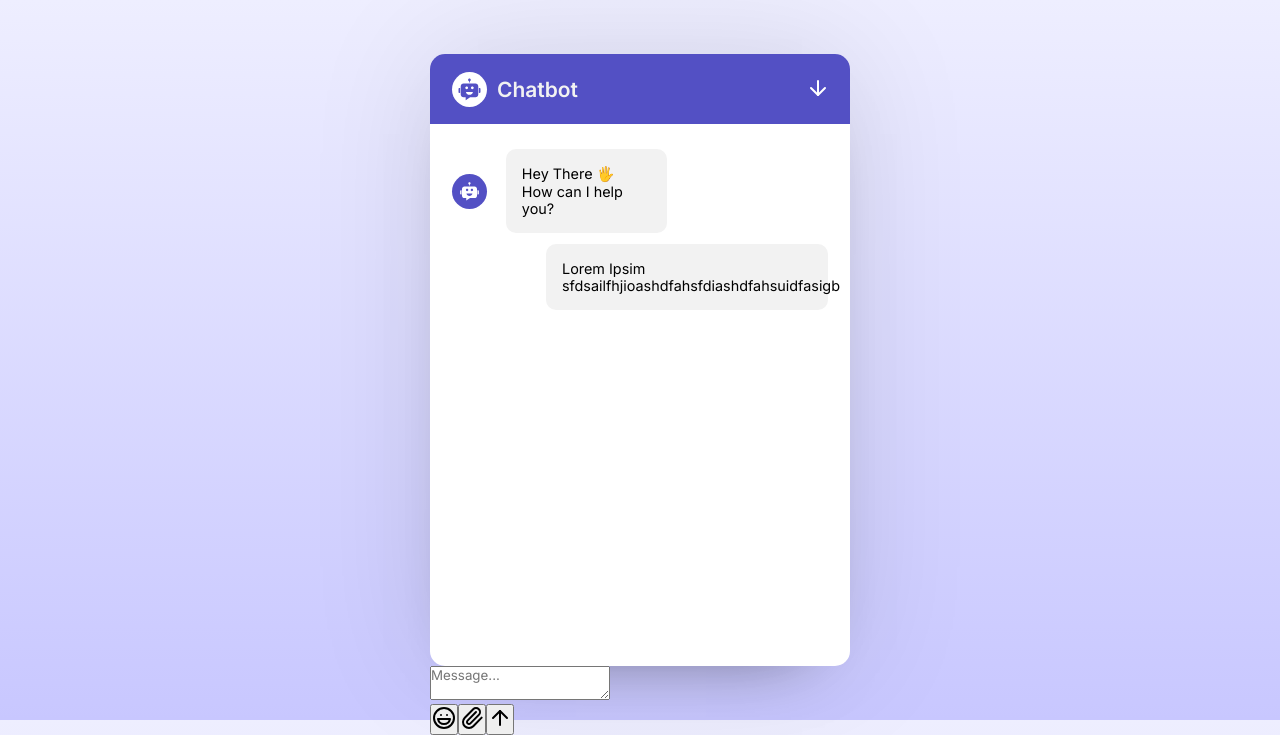
Repository: guilhermecardoso93/ai-bot
Page: /
An editor plug-in stored every save of this project. The page is shown before and after the next save, followed by the edit.
The browser window is 1280 px wide. The pictures show the whole page.
The project was rebuilt for these pictures with package versions that can differ from the ones it lists, and the page was loaded fresh each time. Also part of the build but not shown: vite.config.js.

Above is the page before, as saved 2024-11-12 19:38:19.

After the next save:
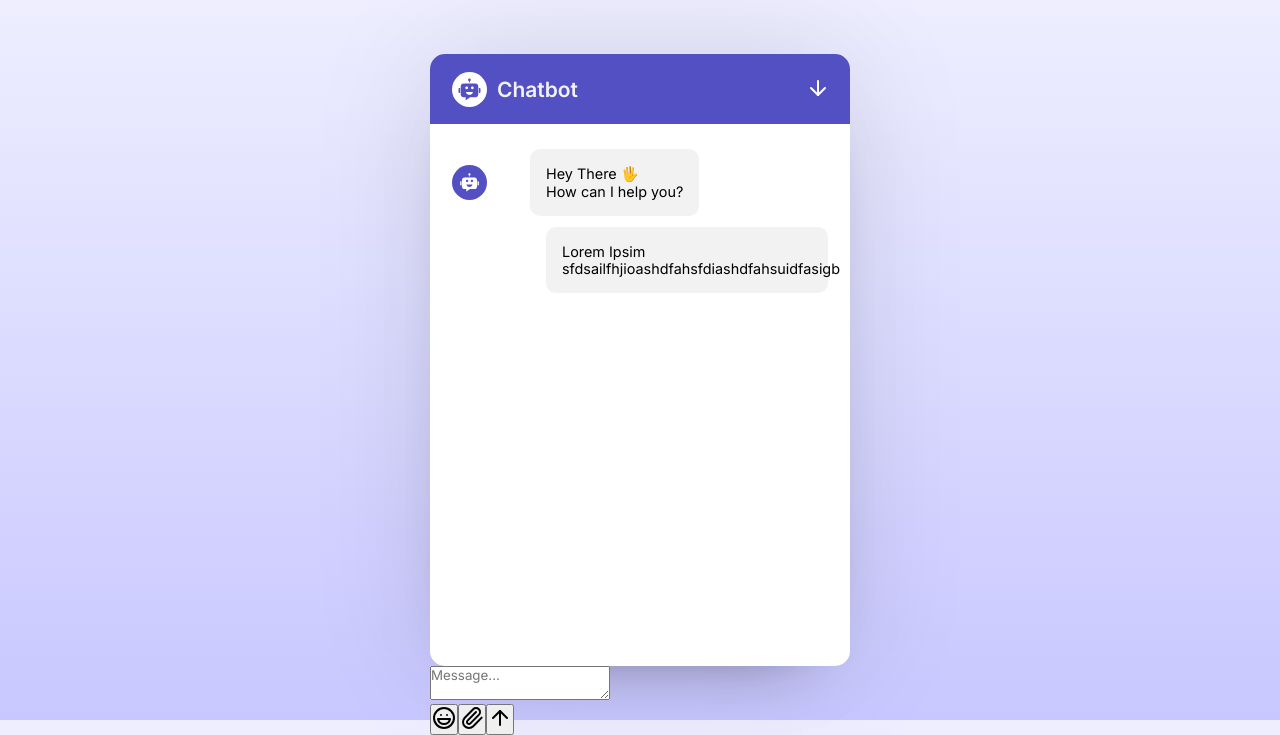
Saved 9 s later.
--- a/src/index.css
+++ b/src/index.css
@@ -130,6 +130,7 @@ body {
   font-size: .9rem;
   background-color: #f2f2f2;
   border-radius: 10px;
+  margin-left: 2rem;
 }
 
 .chat-footer {
